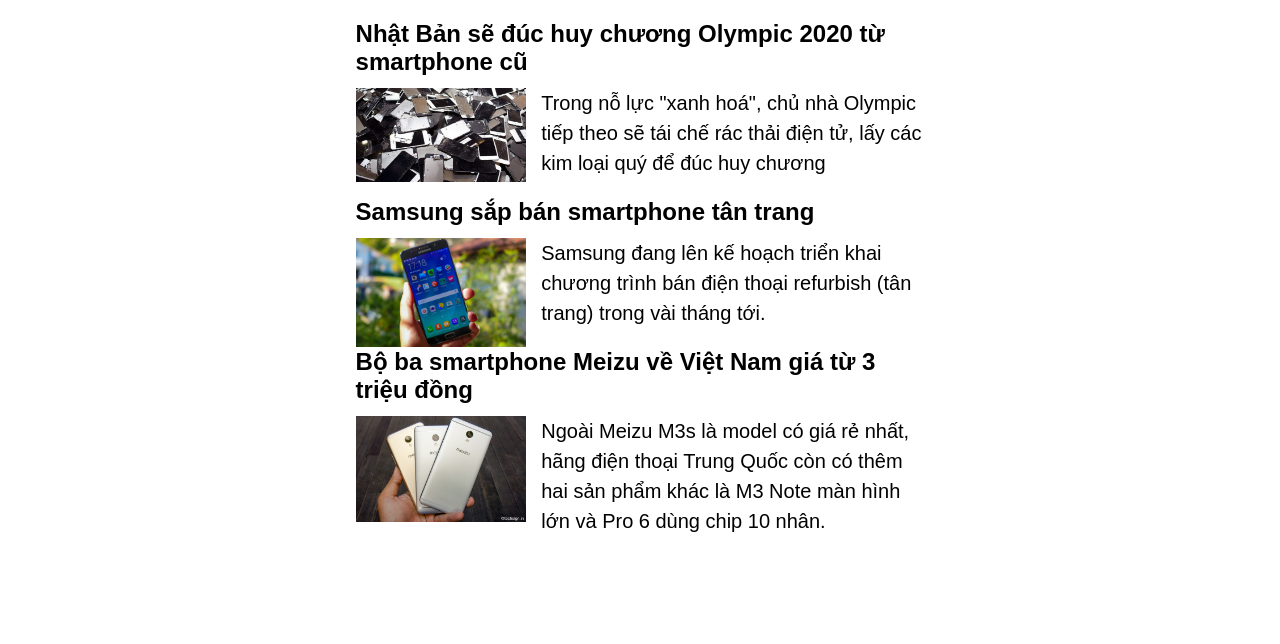
Repository: tuiladev/TKW
Page: CSS/Bai2/index.html
These files come from the project's save history. The page is drawn as it stood at one moment and after the next save; the edit follows.
The browser window is 1280 px wide. The pictures show the whole page.

Above is the page before, as saved 2022-04-07 17:24:25.

After the next save:
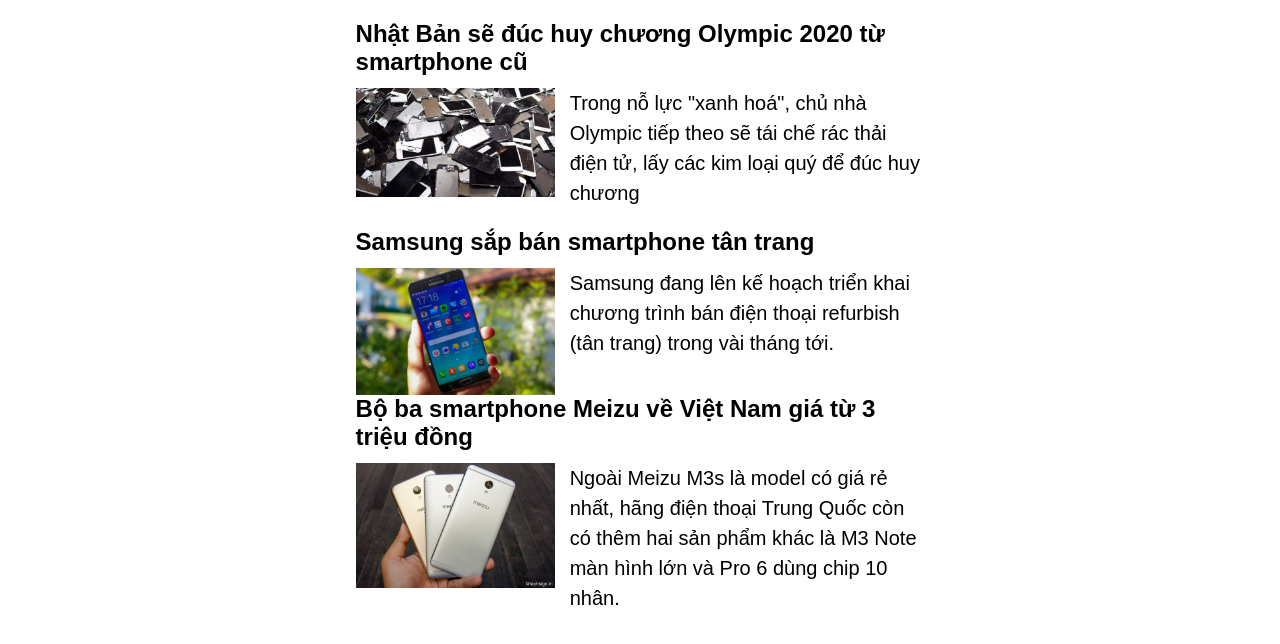
Saved 4 s later.
--- a/CSS/Bai2/style.css
+++ b/CSS/Bai2/style.css
@@ -11,7 +11,7 @@
    margin-bottom: 12px;
 }
 .news__img {
-   max-width: 30%;
+   max-width: 35%;
    object-fit: cover;
    margin-right: 15px;
 }
